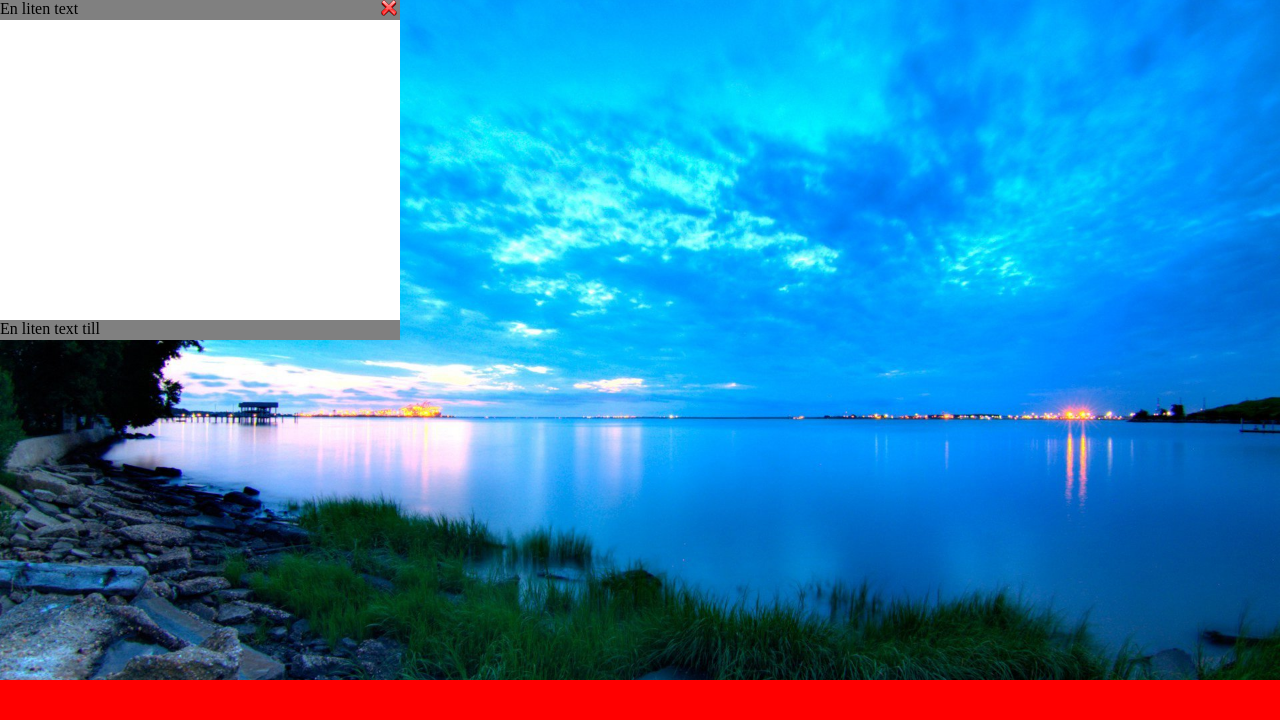
Repository: mc22dg/1dv403-laborationer
Page: Projekt/index.html
The author's editor kept a record of every edit. The page is drawn from the files as they stood at one moment, then again after the next edit.
The browser window is 1280 px wide. The pictures show the whole page.

Above is the page before.
Console error: ReferenceError: Desktop is not defined

After the next edit:
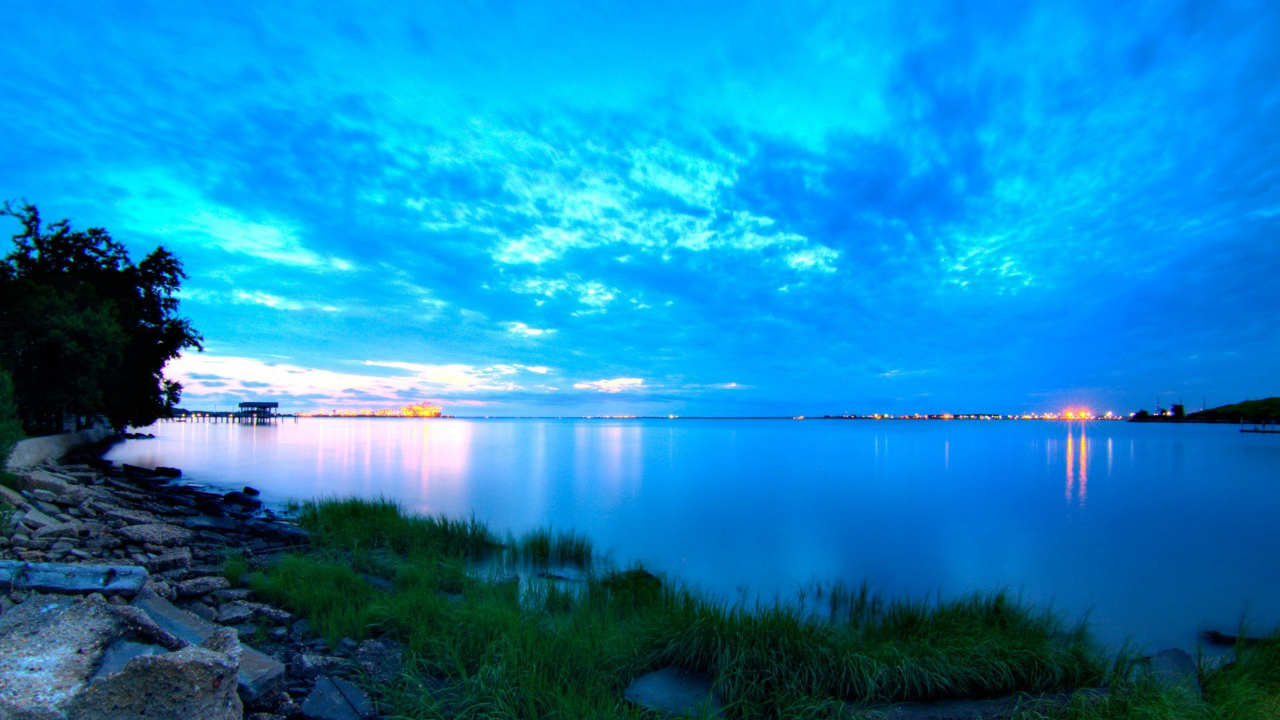
The edit:
--- a/Projekt/index.html
+++ b/Projekt/index.html
@@ -10,7 +10,7 @@
         <div id="desktop">
 
 
-            <!-- <template id="template"> -->
+            <template id="template">
                 <div class="window">
                     <div class="headline"><div class="title">En liten text</div><img class="close" src ="pics/exit.png"></img></div>
                     <div class="box"></div>
